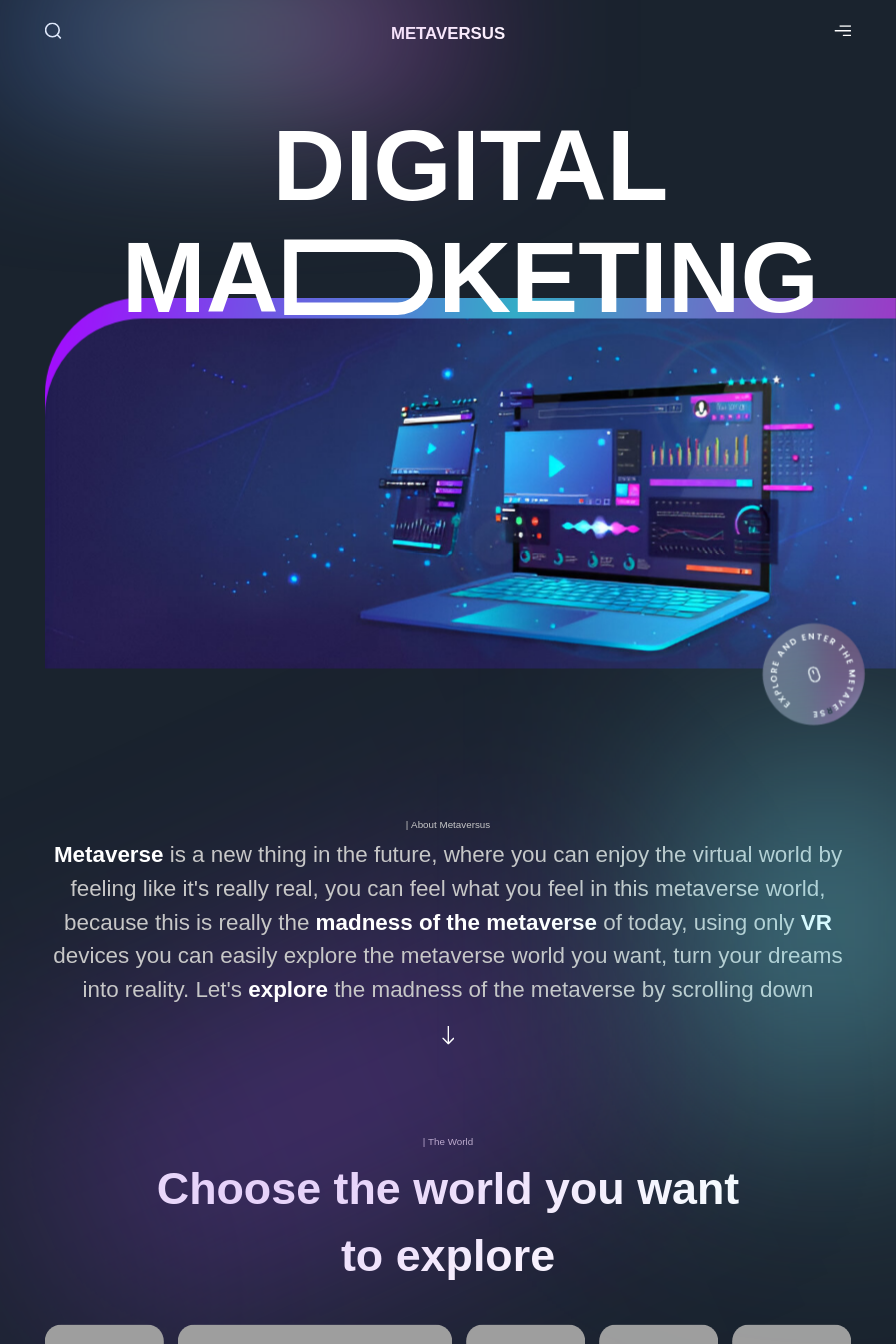
Repository: Shanuga123/metaversus
Page: /
The author's editor kept a copy of each file at every save. The page is drawn from the files as they stood at one save, then again after the next save.
The browser window is 1280 px wide. The pictures show the part of the page from y = 0 to 1920 px (the page is 7254 px tall), at 70% of full size.
Pictures or frames that could not be fetched are drawn as grey boxes. Some web fonts or font styles are not loaded; a fallback is used. The project was rebuilt for these pictures with package versions that can differ from the ones it lists, and the page was loaded fresh each time. The framework's server and built-in components were replaced by stand-ins that run in the browser. Also part of the build but not shown: next.config.js.

Above is the page before, as saved 2024-08-05 19:30:07.

### components/Navbar.jsx
'use client';

import { motion } from 'framer-motion';

import styles from '../styles';
import { navVariants } from '../utils/motion';

const Navbar = () => (
  <motion.nav
    variants={navVariants}
    initial="hidden"
    whileInView="show"
    className={`${styles.xPaddings} py-8 relative`}
  >
    <div className="absolute w-[50%] inset-0 gradient-01" />
    <div
      className={`${styles.innerWidth} mx-auto flex justify-between gap-8`}
    >
      <img
        src="/search.svg"
        alt="search"
        className="w-[24px] h-[24px] object-contain"
      />
      <h2 className="font-extrabold text-[24px] leading-[30.24px] text-white">
        METAVERSUS
      </h2>
      <img
        src="/menu.svg"
        alt="menu"
        className="w-[24px] h-[24px] object-contain"
      />
    </div>
  </motion.nav>
);

export default Navbar;

### components/CustomTexts.jsx
'use client';

import { motion } from 'framer-motion';
import { textContainer, textVariant2 } from '../utils/motion';

export const TypingText = ({ title, textStyles }) => (
  <motion.p
    variants={textContainer}
    className={`font-normal text-[14px] text-secondary-white ${textStyles}`}
  >
    {Array.from(title).map((letter, index) => (
      <motion.span variants={textVariant2} key={index}>
        {letter === ' ' ? '\u00A0' : letter}
      </motion.span>
    ))}
  </motion.p>
);

export const TitleText = ({ title, textStyles }) => (
  <motion.h2
    variants={textVariant2}
    initial="hidden"
    whileInView="show"
    className={`mt-[8px] font-bold md:text-[64px] text-[40px] text-white ${textStyles}`}
  >
    {title}
  </motion.h2>
);

### components/ExploreCard.jsx
'use client';

import { motion } from 'framer-motion';

import styles from '../styles';
import { fadeIn } from '../utils/motion';

const ExploreCard = ({ id, imgUrl, title, index, active, handleClick }) => (
  <motion.div
    variants={fadeIn('right', 'spring', index * 0.5, 0.75)}
    className={`relative ${
      active === id ? 'lg:flex-[3.5] flex-[10]' : 'lg:flex-[0.5] flex-[2]'
    } flex items-center justify-center min-w-[170px] h-[700px] transition-[flex] duration-[0.7s] ease-out-flex cursor-pointer`}
    onClick={() => handleClick(id)}
  >
    <img
      src={imgUrl}
      alt="planet-04"
      className="absolute w-full h-full object-cover rounded-[24px]"
    />
    {active !== id ? (
      <h3 className="font-semibold sm:text-[26px] text-[18px] text-white absolute z-0 lg:bottom-20 lg:rotate-[-90deg] lg:origin-[0,0]">
        {title}
      </h3>
    ) : (
      <div className="absolute bottom-0 p-8 flex justify-start w-full flex-col bg-[rgba(0,0,0,0.5)] rounded-b-[24px]">
        <div
          className={`${styles.flexCenter} w-[60px] h-[60px] rounded-[24px] glassmorphism mb-[16px]`}
        >
          <img
            src="/headset.svg"
            alt="headset"
            className="w-1/2 h-1/2 object-contain"
          />
        </div>
        <p className="font-normal text-[16px] leading-[20.16px] text-white uppercase">
          Enter Metaverse
        </p>
        <h2 className="mt-[24px] font-semibold sm:text-[32px] text-[24px] text-white">
          {title}
        </h2>
      </div>
    )}
  </motion.div>
);

export default ExploreCard;

### components/InsightCard.jsx
'use client';

import { motion } from 'framer-motion';

import { fadeIn } from '../utils/motion';

const InsightCard = ({ imgUrl, title, subtitle, index }) => (
  <motion.div
    variants={fadeIn('up', 'spring', index * 0.5, 1)}
    className="flex md:flex-row flex-col gap-4"
  >
    <img
      src={imgUrl}
      alt="planet-01"
      className="md:w-[270px] w-full h-[250px] rounded-[32px] object-cover"
    />
    <div className="w-full flex justify-between items-center">
      <div className="flex-1 md:ml-[62px] flex flex-col max-w-[650px]">
        <h4 className="font-normal lg:text-[42px] text-[26px] text-white">
          {title}
        </h4>
        <p className="mt-[16px] font-normal lg:text-[20px] text-[14px] text-secondary-white">
          {subtitle}
        </p>
      </div>

      <div
        className="lg:flex hidden items-center justify-center w-[100px] h-[100px] rounded-full bg-transparent border-[1px] border-white"
      >
        <img
          src="/arrow.svg"
          alt="arrow"
          className="w-[40%] h-[40%] object-contain"
        />
      </div>
    </div>
  </motion.div>
);

export default InsightCard;

### components/Footer.jsx
'use client';

import { motion } from 'framer-motion';
import { socials } from '../constants';

import styles from '../styles';
import { footerVariants } from '../utils/motion';

const Footer = () => (
  <motion.footer
    variants={footerVariants}
    initial="hidden"
    whileInView="show"
    className={`${styles.xPaddings} py-8 relative`}
  >
    <div className="footer-gradient" />
    <div className={`${styles.innerWidth} mx-auto flex flex-col gap-8`}>
      <div className="flex items-center justify-between flex-wrap gap-5">
        <h4 className="font-bold md:text-[64px] text-[44px] text-white">
          Enter the Metaverse
        </h4>
        <button type="button" className="flex items-center h-fit py-4 px-6 bg-[#25618B] rounded-[32px] gap-[12px]">
          <img
            src="/headset.svg"
            alt="headset"
            className="w-[24px] h-[24px] object-contain"
          />
          <span className="font-normal text-[16px] text-white">
            Enter Metaverse
          </span>
        </button>
      </div>

      <div className="flex flex-col">
        <div className="mb-[50px] h-[2px] bg-white opacity-10" />

        <div className="flex items-center justify-between flex-wrap gap-4">
          <h4 className="font-extrabold text-[24px] text-white">
            METAVERUS
          </h4>
          <p className="font-normal text-[14px] text-white opacity-50">
            Copyright © 2021 - 2022 Metaversus. All rights reserved.
          </p>

          <div className="flex gap-4">
            {socials.map((social) => (
              <img
                key={social.name}
                src={social.url}
                alt={social.name}
                className="w-[24px] h-[24px] object-contain cursor-pointer"
              />
            ))}
          </div>
        </div>
      </div>
    </div>
  </motion.footer>
);

export default Footer;

### sections/Hero.jsx
'use client';

import { motion } from 'framer-motion';

import styles from '../styles';
import { slideIn, staggerContainer, textVariant } from '../utils/motion';

const Hero = () => (
  <section className={`${styles.yPaddings} sm:pl-16 pl-6`}>
    <motion.div
      variants={staggerContainer}
      initial="hidden"
      whileInView="show"
      viewport={{ once: false, amount: 0.25 }}
      className={`${styles.innerWidth} mx-auto flex flex-col`}
    >
      <div className="flex justify-center items-center flex-col relative z-10">
        <motion.h1 variants={textVariant(1.1)} className={styles.heroHeading}>
          Digital
        </motion.h1>
        <motion.div
          variants={textVariant(1.2)}
          className="flex flex-row justify-center items-center"
        >
          <h1 className={styles.heroHeading}>Ma</h1>
          <div className={styles.heroRText} />
          <h1 className={styles.heroHeading}>Keting</h1>
        </motion.div>
      </div>

      <motion.div
        variants={slideIn('right', 'tween', 0.2, 1)}
        className="relative w-full md:-mt-[20px] -mt-[12px]"
      >
        <div className="absolute w-full h-[300px] hero-gradient rounded-tl-[140px] z-[0] -top-[30px]" />

        <img
          src="/cover1.jpg"
          alt="hero_cover"
          className="w-full sm:h-[500px] h-[350px] object-cover rounded-tl-[140px] z-10 relative"
        />

        <a href="#explore">
          <div className="w-full flex justify-end sm:-mt-[70px] -mt-[50px] pr-[40px] relative z-10">
            <img
              src="/stamp.png"
              alt="stamp"
              className="sm:w-[155px] w-[100px] sm:h-[155px] h-[100px] object-contain"
            />
          </div>
        </a>
      </motion.div>
    </motion.div>
  </section>
);

export default Hero;

### sections/About.jsx
'use client';

import { motion } from 'framer-motion';
import { TypingText } from '../components';

import styles from '../styles';
import { fadeIn, staggerContainer } from '../utils/motion';

const About = () => (
  <section className={`${styles.paddings} relative z-10`}>
    <div className="gradient-02 z-0" />
    <motion.div
      variants={staggerContainer}
      initial="hidden"
      whileInView="show"
      viewport={{ once: false, amount: 0.25 }}
      className={`${styles.innerWidth} mx-auto ${styles.flexCenter} flex-col`}
    >
      <TypingText title="| About Metaversus" textStyles="text-center" />

      <motion.p
        variants={fadeIn('up', 'tween', 0.2, 1)}
        className="mt-[8px] font-normal sm:text-[32px] text-[20px] text-center text-secondary-white"
      >
        <span className="font-extrabold text-white">Metaverse</span> is a new
        thing in the future, where you can enjoy the virtual world by feeling
        like it's really real, you can feel what you feel in this metaverse
        world, because this is really the{' '}
        <span className="font-extrabold text-white">
          madness of the metaverse
        </span>{' '}
        of today, using only{' '}
        <span className="font-extrabold text-white">VR</span> devices you can
        easily explore the metaverse world you want, turn your dreams into
        reality. Let's{' '}
        <span className="font-extrabold text-white">explore</span> the madness
        of the metaverse by scrolling down
      </motion.p>

      <motion.img
        variants={fadeIn('up', 'tween', 0.3, 1)}
        src="/arrow-down.svg"
        alt="arrow down"
        className="w-[18px] h-[28px] object-contain mt-[28px]"
      />
    </motion.div>
  </section>
);

export default About;

### sections/Explore.jsx
'use client';

import { useState } from 'react';
import { motion } from 'framer-motion';

import styles from '../styles';
import { exploreWorlds } from '../constants';
import { staggerContainer } from '../utils/motion';
import { ExploreCard, TitleText, TypingText } from '../components';

const Explore = () => {
  const [active, setActive] = useState('world-2');

  return (
    <section className={`${styles.paddings}`} id="explore">
      <motion.div
        variants={staggerContainer}
        initial="hidden"
        whileInView="show"
        viewport={{ once: false, amount: 0.25 }}
        className={`${styles.innerWidth} mx-auto flex flex-col`}
      >
        <TypingText title="| The World" textStyles="text-center" />
        <TitleText
          title={<>Choose the world you want <br className="md:block hidden" /> to explore</>}
          textStyles="text-center"
        />
        <div className="mt-[50px] flex lg:flex-row flex-col min-h-[70vh] gap-5">
          {exploreWorlds.map((world, index) => (
            <ExploreCard
              key={world.id}
              {...world}
              index={index}
              active={active}
              handleClick={setActive}
            />
          ))}
        </div>
      </motion.div>
    </section>
  );
};

export default Explore;

### sections/GetStarted.jsx
'use client';

import { motion } from 'framer-motion';

import styles from '../styles';
import { startingFeatures } from '../constants';
import { StartSteps, TitleText, TypingText } from '../components';
import { staggerContainer, fadeIn, planetVariants } from '../utils/motion';

const GetStarted = () => (
  <section className={`${styles.paddings} relative z-10`}>
    <motion.div
      variants={staggerContainer}
      initial="hidden"
      whileInView="show"
      viewport={{ once: false, amount: 0.25 }}
      className={`${styles.innerWidth} mx-auto flex lg:flex-row flex-col gap-8`}
    >
      <motion.div
        variants={planetVariants('left')}
        className={`flex-1 ${styles.flexCenter}`}
      >
        <img
          src="/get-started.png"
          alt="get-started"
          className="w-[90%] h-[90%] object-contain"
        />
      </motion.div>
      <motion.div
        variants={fadeIn('left', 'tween', 0.2, 1)}
        className="flex-[0.75] flex justify-center flex-col"
      >
        <TypingText title="| How Metaversus Works" />
        <TitleText title={<>Get started with just a few clicks</>} />
        <div className="mt-[31px] flex flex-col max-w-[370px] gap-[24px]">
          {startingFeatures.map((feature, index) => (
            <StartSteps
              key={feature}
              number={`${index < 10 ? '0' : ''} ${index + 1}`}
              text={feature}
            />
          ))}
        </div>
      </motion.div>
    </motion.div>
  </section>
);

export default GetStarted;

### sections/WhatsNew.jsx
'use client';

import { motion } from 'framer-motion';

import styles from '../styles';
import { newFeatures } from '../constants';
import { NewFeatures, TitleText, TypingText } from '../components';
import { planetVariants, staggerContainer, fadeIn } from '../utils/motion';

const WhatsNew = () => (
  <section className={`${styles.paddings} relative z-10`}>
    <motion.div
      variants={staggerContainer}
      initial="hidden"
      whileInView="show"
      viewport={{ once: false, amount: 0.25 }}
      className={`${styles.innerWidth} mx-auto flex lg:flex-row flex-col gap-8`}
    >
      <motion.div
        variants={fadeIn('right', 'tween', 0.2, 1)}
        className="flex-[0.95] flex justify-center flex-col"
      >
        <TypingText title="| Whats new?" />
        <TitleText title={<>What's new about Metaversus?</>} />
        <div className="mt-[48px] flex flex-wrap justify-between gap-[24px]">
          {newFeatures.map((feature) => (
            <NewFeatures key={feature.title} {...feature} />
          ))}
        </div>
      </motion.div>

      <motion.div
        variants={planetVariants('right')}
        className={`flex-1 ${styles.flexCenter}`}
      >
        <img
          src="/whats-new.png"
          alt="get-started"
          className="w-[90%] h-[90%] object-contain"
        />
      </motion.div>
    </motion.div>
  </section>
);

export default WhatsNew;

### sections/World.jsx
'use client';

import { motion } from 'framer-motion';

import styles from '../styles';
import { TitleText, TypingText } from '../components';
import { fadeIn, staggerContainer } from '../utils/motion';

const World = () => (
  <section className={`${styles.paddings} relative z-10`}>
    <motion.div
      variants={staggerContainer}
      initial="hidden"
      whileInView="show"
      viewport={{ once: false, amount: 0.25 }}
      className={`${styles.innerWidth} mx-auto flex flex-col`}
    >

      <TypingText title="| People on the World" textStyles="text-center" />
      <TitleText
        title={(
          <>Track friends around you and invite them to play together in the same
            world
          </>
        )}
        textStyles="text-center"
      />

      <motion.div
        variants={fadeIn('up', 'tween', 0.3, 1)}
        className="relative mt-[68px] flex w-full h-[550px]"
      >
        <img src="/map.png" alt="map" className="w-full h-full object-cover" />

        <div className="absolute bottom-20 right-20 w-[70px] h-[70px] p-[6px] rounded-full bg-[#5D6680]">
          <img src="people-01.png" alt="people" className="w-full h-full" />
        </div>

        <div className="absolute top-10 left-20 w-[70px] h-[70px] p-[6px] rounded-full bg-[#5D6680]">
          <img src="/people-02.png" alt="people" className="w-full h-full" />
        </div>

        <div className="absolute top-1/2 left-[45%] w-[70px] h-[70px] p-[6px] rounded-full bg-[#5D6680]">
          <img src="people-03.png" alt="people" className="w-full h-full" />
        </div>
      </motion.div>
    </motion.div>
  </section>
);

export default World;

### sections/Insights.jsx
'use client';

import { motion } from 'framer-motion';

import styles from '../styles';
import { insights } from '../constants';
import { staggerContainer } from '../utils/motion';
import { InsightCard, TitleText, TypingText } from '../components';

const Insights = () => (
  <section className={`${styles.paddings} relative z-10`}>
    <motion.div
      variants={staggerContainer}
      initial="hidden"
      whileInView="show"
      viewport={{ once: false, amount: 0.25 }}
      className={`${styles.innerWidth} mx-auto flex flex-col`}
    >
      <TypingText title="| Insight" textStyles="text-center" />
      <TitleText title={<>Insight about metaverse</>} textStyles="text-center" />
      <div className="mt-[50px] flex flex-col gap-[30px]">
        {insights.map((item, index) => (
          <InsightCard key={`insight-${index}`} {...item} index={index + 1} />
        ))}
      </div>
    </motion.div>
  </section>
);

export default Insights;

Loaded but not shown: app/layout.js (common file); app/page.js (common file); styles/globals.css (common file); components/index.js (common file); sections/index.js (common file); components/StartSteps.jsx (common file); components/NewFeatures.jsx (common file); tailwind.config.js (common file); utils/motion.js (161 lines, source omitted); constants/index.js (88 lines, source omitted); styles/index.js (23 lines, source omitted); sections/Feedback.jsx (63 lines, source omitted)

After the next save:
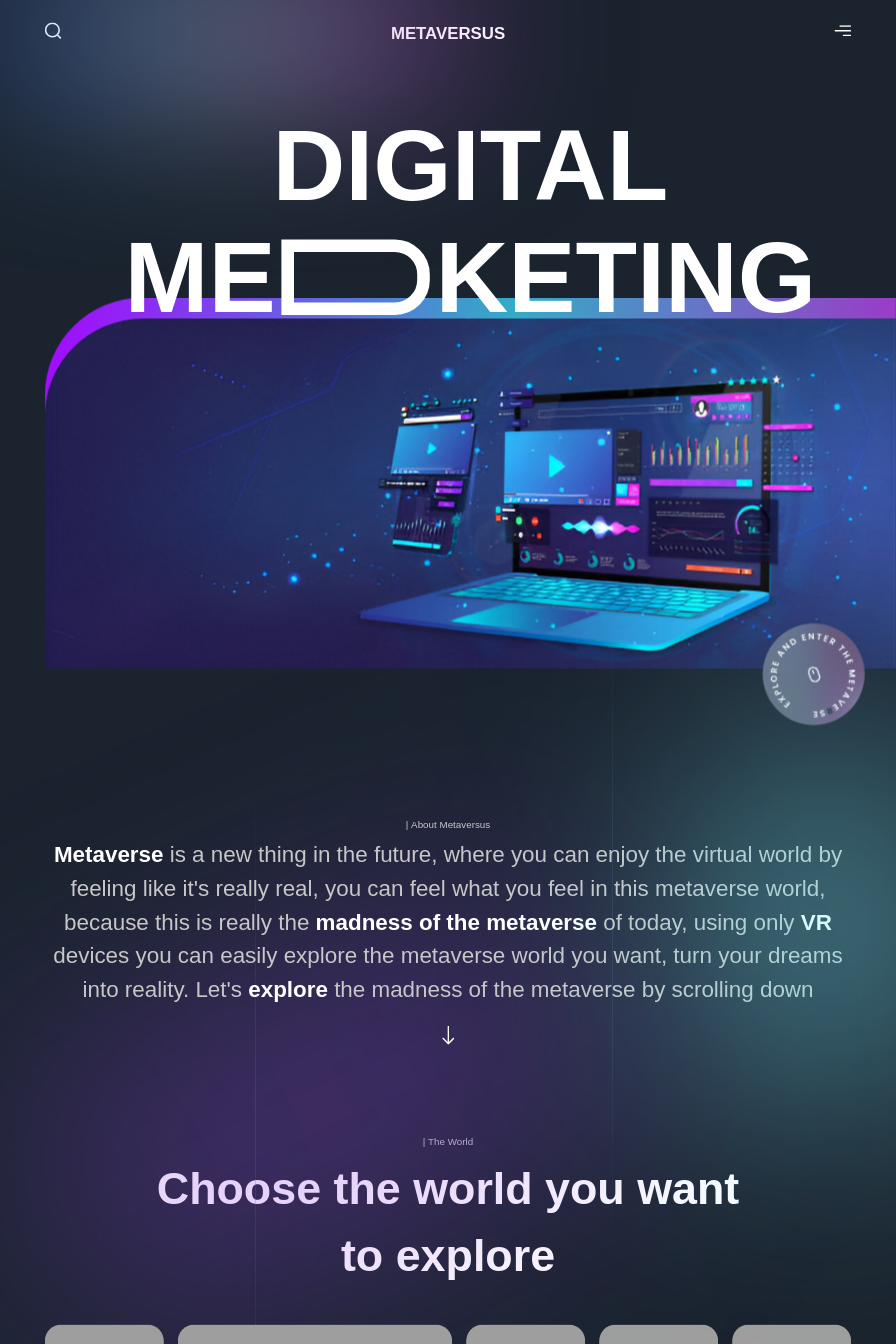
Saved 6 min 10 s later.
--- a/sections/Hero.jsx
+++ b/sections/Hero.jsx
@@ -22,7 +22,7 @@
           variants={textVariant(1.2)}
           className="flex flex-row justify-center items-center"
         >
-          <h1 className={styles.heroHeading}>Ma</h1>
+          <h1 className={styles.heroHeading}>Me</h1>
           <div className={styles.heroRText} />
           <h1 className={styles.heroHeading}>Keting</h1>
         </motion.div>

After the save that followed:
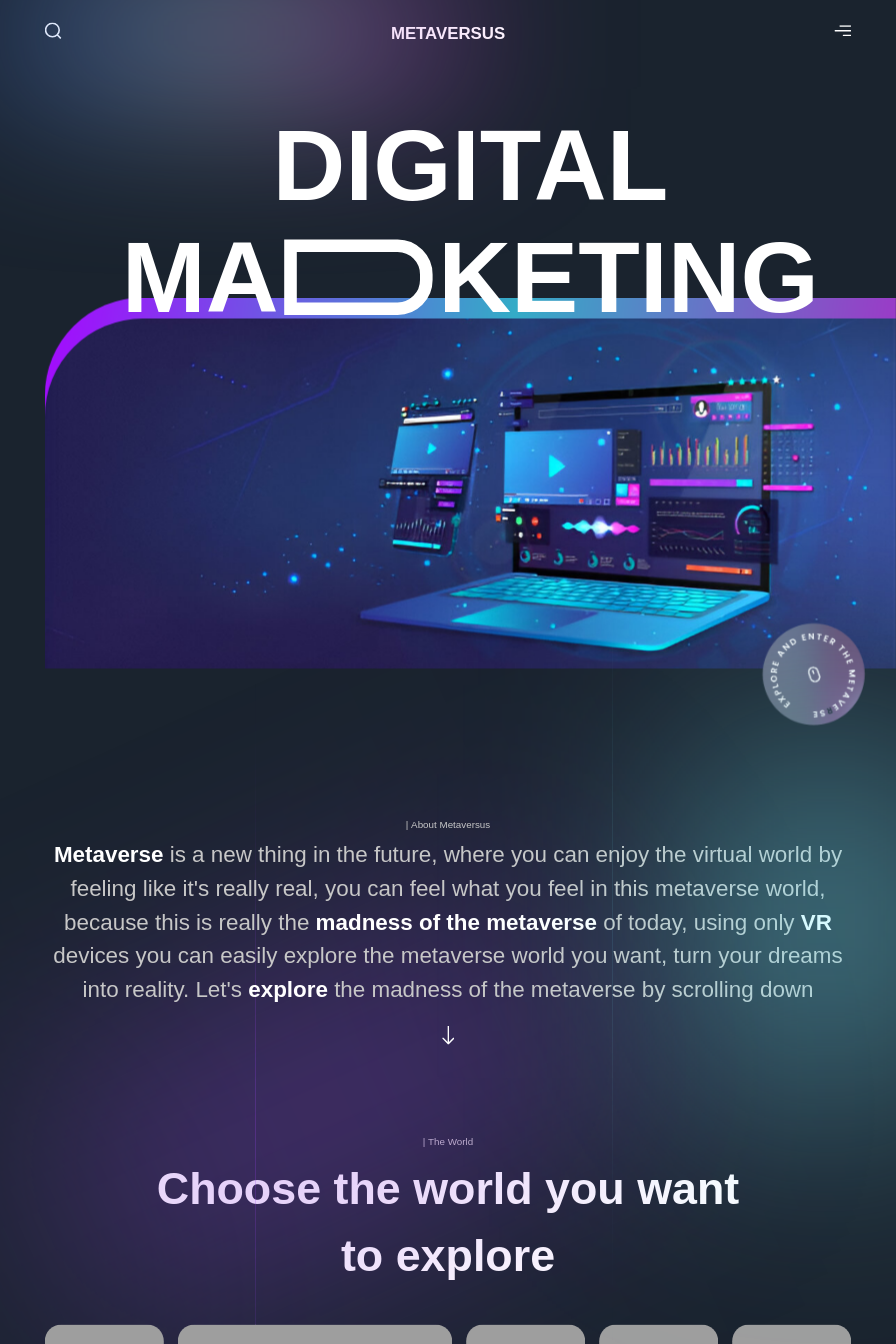
Saved 8 s later.
--- a/sections/Hero.jsx
+++ b/sections/Hero.jsx
@@ -22,7 +22,7 @@
           variants={textVariant(1.2)}
           className="flex flex-row justify-center items-center"
         >
-          <h1 className={styles.heroHeading}>Me</h1>
+          <h1 className={styles.heroHeading}>Ma</h1>
           <div className={styles.heroRText} />
           <h1 className={styles.heroHeading}>Keting</h1>
         </motion.div>
